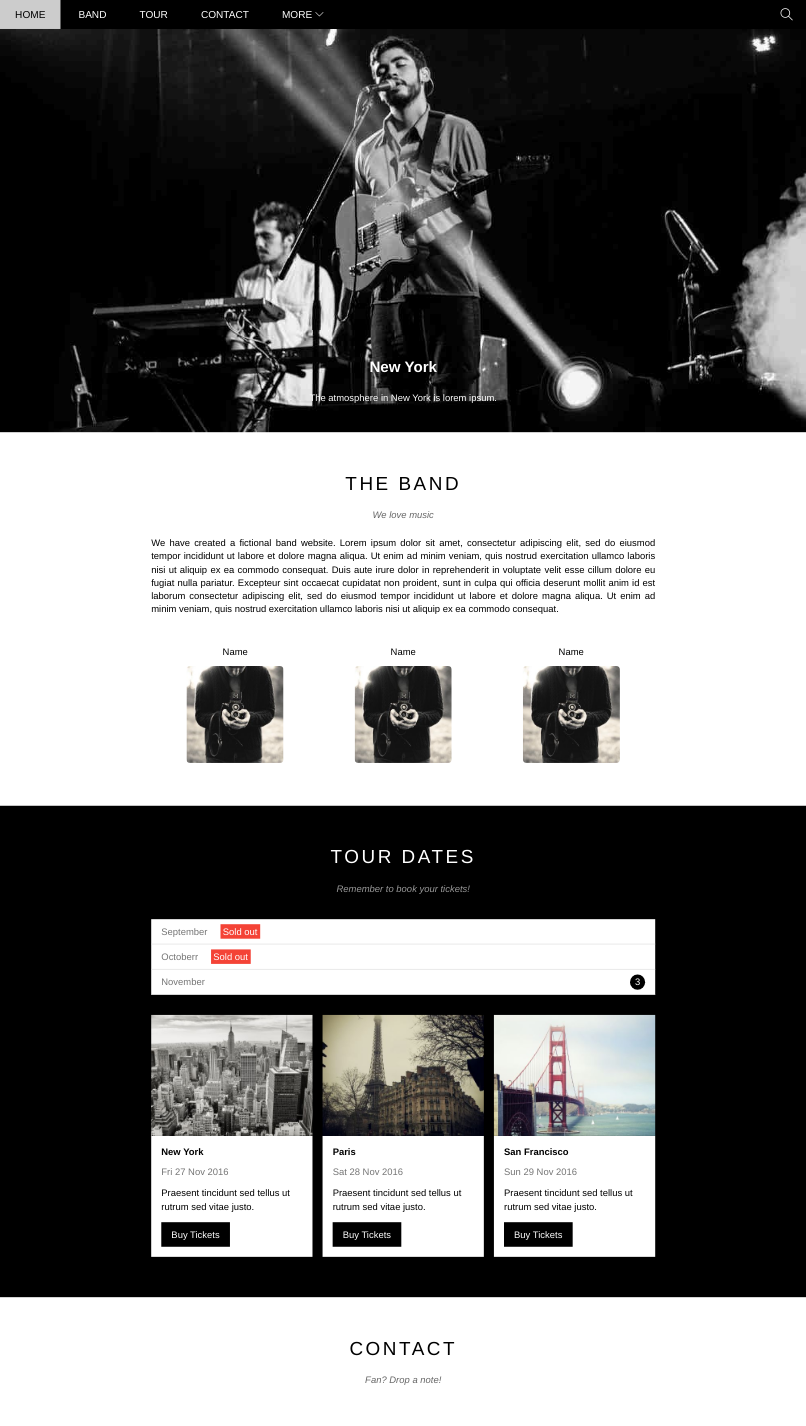
Repository: vophuocthanh/phuocthanhk03
Page: index.html
The author's editor kept a copy of each file at every save. The page is drawn from the files as they stood at one save, then again after the next save.
The browser window is 1280 px wide. The pictures show the whole page, at 63% of full size.

Above is the page before, as saved 2022-03-25 21:14:17.

After the next save:
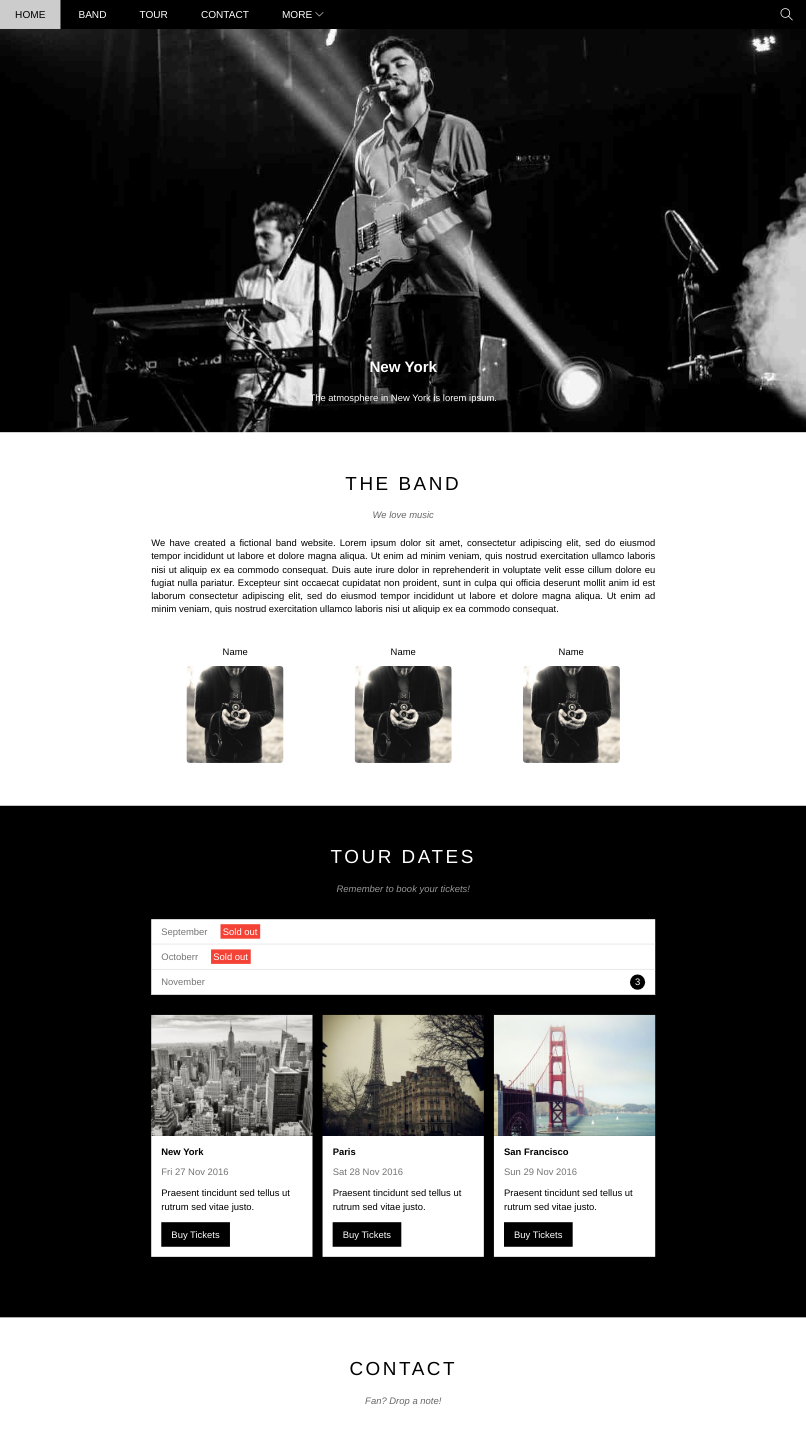
Saved 61 s later.
--- a/asset/css/style.css
+++ b/asset/css/style.css
@@ -240,6 +240,7 @@ html {
 
 .place-list {
     margin: 32px -8px 0;
+    padding-bottom: 32px;
 }
 
 .place-item {
@@ -287,7 +288,7 @@ html {
     margin-top: 15px;
 }
 
-.place-buy-btn: hover {
+.place-buy-btn:hover {
     color: #000;
     background-color: #ccc;
 }
